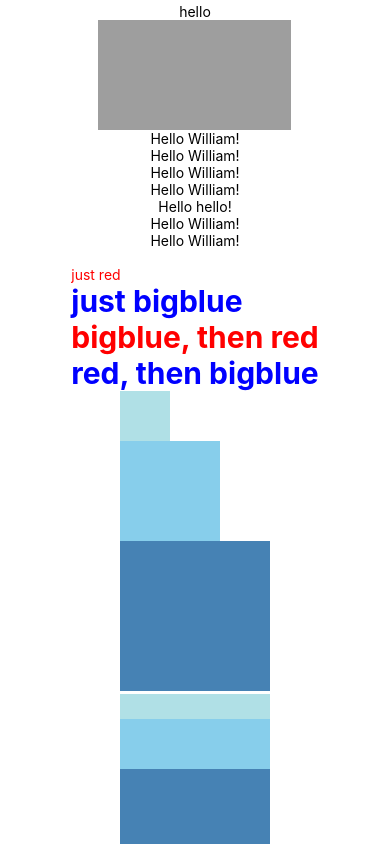
Repository: wcc17/project-adara
Screen: / (app in ProjectAdara/)
The author's editor kept a copy of each file at every save. The screen is drawn from the files as they stood at one save, then again after a run of saves.
Pictures or frames that could not be fetched are drawn as grey boxes. The app was drawn by React Native's web renderer in a window 390 px wide. The project was rebuilt for these pictures with package versions that can differ from the ones it lists, and the page was loaded fresh each time.

Above is the screen before, as saved 2018-05-27 13:05:29.

### ProjectAdara/App.js
import React, { Component } from 'react';
import { StyleSheet, Text, View, Image } from 'react-native';
import FlexDimensionsBasicsComponent from './src/components/FlexDimensionsBasicsComponent'

export default class App extends React.Component {
    render() {
        return (
            <View style={styles.container}>
                <BasicStuffComponent/>
                <FlexDimensionsBasicsComponent styleParam={flexDimensionStyleSheet.flexDimensionComponentStyle}/>
            </View>
        );
    }
}

class BasicStuffComponent extends Component {
    render() {
        let image = {
            uri: 'https://upload.wikimedia.org/wikipedia/commons/d/de/Bananavarieties.jpg'
        };

        return (
            <View style={styles.container}>
                <Text>hello</Text>
                <Image source={image} style={{ width: 193, height: 110 }} />
                <DumbGreetingComponent name='William' />
                <DumbGreetingComponent name='William' />
                <DumbGreetingComponent name='William' />
                <DumbGreetingComponent name='William' />
                <DumbGreetingComponent name='hello' />
                <DumbGreetingComponent name='William' />
                <DumbGreetingComponent name='William' />
                <Blink text="this is blinking text" />
                <StyledComponent/>
                <FixedDimensionsComponent/>
            </View>
        )
    }
}

class DumbGreetingComponent extends Component {
    render() {
        return (
            <Text>Hello {this.props.name}!</Text>
        );
    }
}

class Blink extends Component {
    constructor(props) {
        super(props);
        this.state = { isShowingText: true };

        // Toggle the state every second
        setInterval(() => {
            this.setState(previousState => {
                return { isShowingText: !previousState.isShowingText };
            });
        }, 1000);
    }

    render() {
        let display = this.state.isShowingText ? this.props.text : ' ';
        return (
            <Text>{display}</Text>
        );
    }
}

class StyledComponent extends Component {
    render() {
        return (
        <View>
            <Text style={styles.red}>just red</Text>
            <Text style={styles.bigblue}>just bigblue</Text>
            <Text style={[styles.bigblue, styles.red]}>bigblue, then red</Text>
            <Text style={[styles.red, styles.bigblue]}>red, then bigblue</Text>
        </View>
        );
    }
}

class FixedDimensionsComponent extends Component {
    render() {
        return (
            <View>
                <View style={{width: 50, height: 50, backgroundColor: 'powderblue'}}/>
                <View style={{width: 100, height: 100, backgroundColor: 'skyblue'}}/>
                <View style={fixedDimensionStyleSheet.steelBlueView}/>
            </View>
        )
    }
}



const styles = StyleSheet.create({
    container: {
        flex: 1,
        backgroundColor: '#fff',
        alignItems: 'center',
        justifyContent: 'center',
    },
    bigblue: {
        color: 'blue',
        fontWeight: 'bold',
        fontSize: 30,
    },
    red: {
        color: 'red',
    },
});

const fixedDimensionStyleSheet = StyleSheet.create({
    steelBlueView: {
        width: 150,
        height: 150,
        backgroundColor: 'steelblue'
    },
});

const flexDimensionStyleSheet = StyleSheet.create({
    flexDimensionComponentStyle: {
        width: 150,
        height: 150,
        border: true
    },
});

### ProjectAdara/src/components/FlexDimensionsBasicsComponent.js
import React, { Component } from 'react';
import { View } from 'react-native';

export default class FlexDimensionsBasicsComponent extends Component {
    render() {
        return (
            // what if you add 'height: 300' instead of 'flex: 1'?
            // <View style={{flex: 1}}>
            <View style={this.props.styleParam}>
                <View style={{flex: 1, backgroundColor: 'powderblue'}} />
                <View style={{flex: 2, backgroundColor: 'skyblue'}} />
                <View style={{flex: 3, backgroundColor: 'steelblue'}} />
            </View>
        );
    }
}

After the next 2 saves:
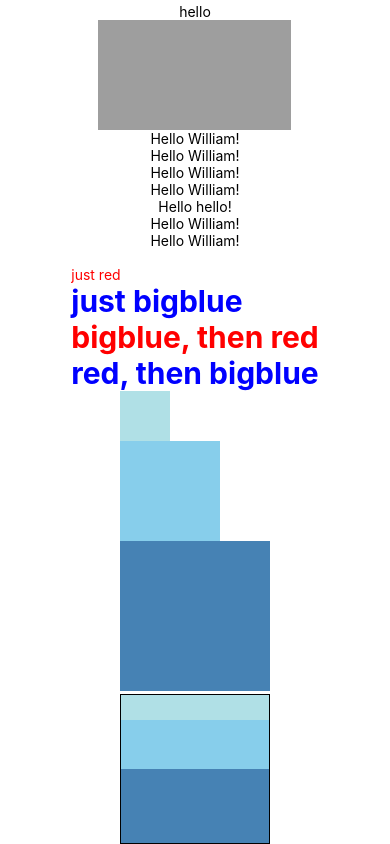
The 2 saves are shown as one change because 1 did not build or start.
The last was saved 16 s later.
--- a/ProjectAdara/App.js
+++ b/ProjectAdara/App.js
@@ -123,6 +123,6 @@ const flexDimensionStyleSheet = StyleSheet.create({
     flexDimensionComponentStyle: {
         width: 150,
         height: 150,
-        border: true
+        border: '1px solid black',
     },
 });
